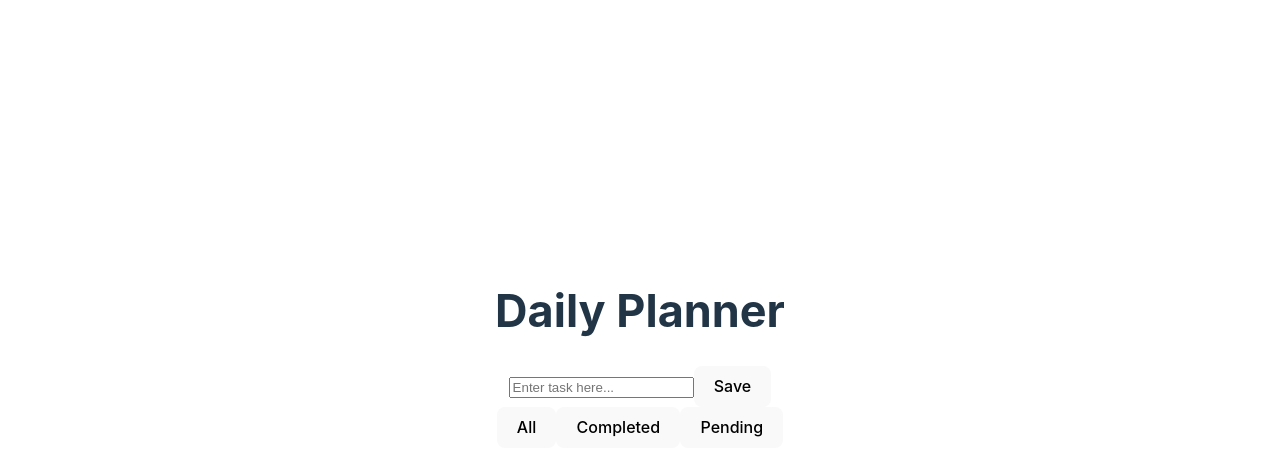
Repository: leslie179/lab4
Page: / (app in lab4/)
These files come from the project's save history. The page is drawn as it stood at one moment and after the next save; the edit follows.
The browser window is 1280 px wide. The pictures show the whole page.
The project was rebuilt for these pictures with package versions that can differ from the ones it lists, and the page was loaded fresh each time. Also part of the build but not shown: lab4/vite.config.js, lab4/src/components/Task.jsx.

Above is the page before, as saved 2024-10-27 18:03:17.

After the next save:
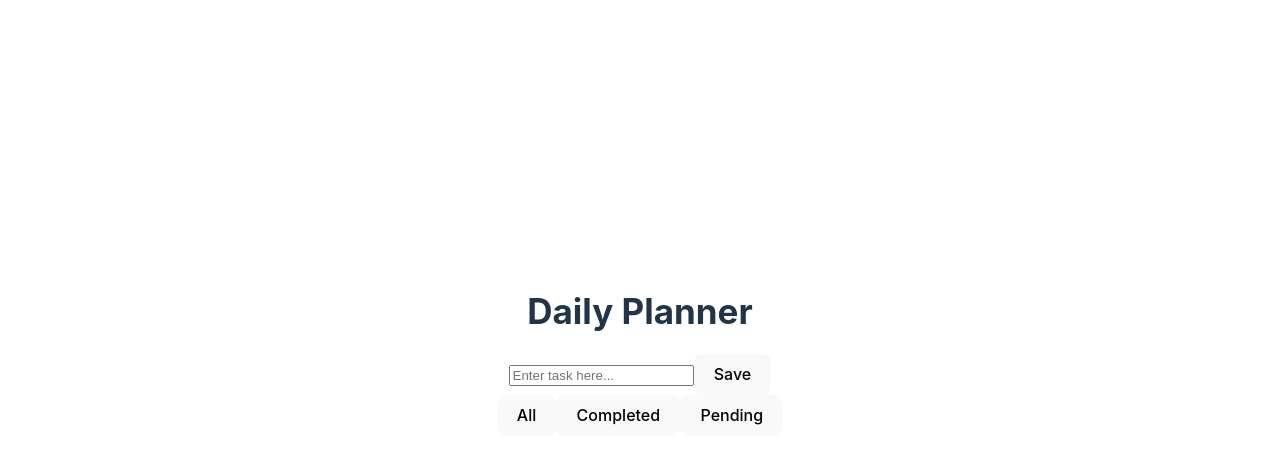
Saved 4 s later.
--- a/lab4/src/App.css
+++ b/lab4/src/App.css
@@ -6,7 +6,7 @@
 }
 
 h1{
-  font-size: 45px;
+  font-size: 35px;
 }
 
 .logo {
